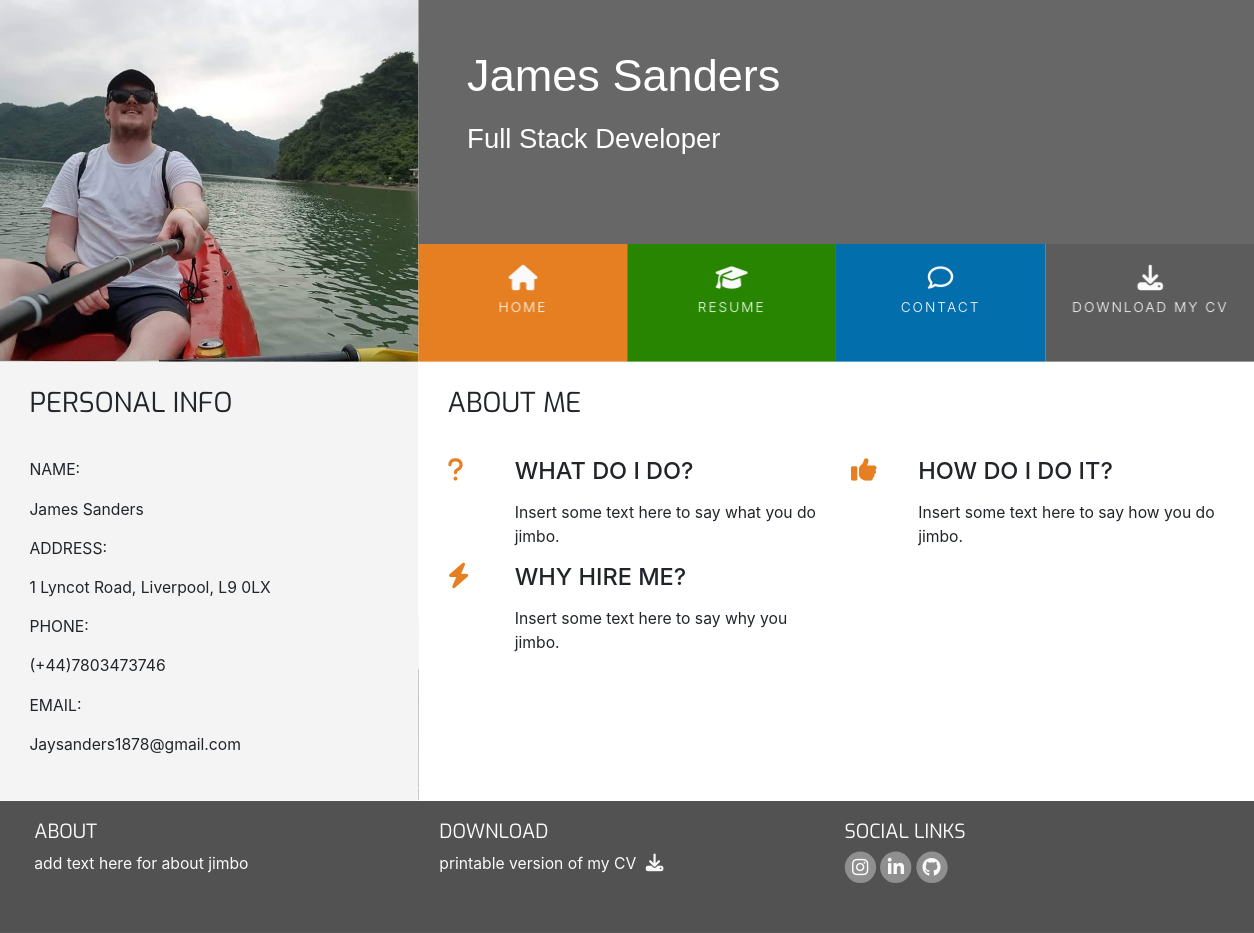
Repository: JaySanders95/my-online-resume
Page: index.html
The author's editor kept a copy of each file at every save. The page is drawn from the files as they stood at one save, then again after the next save.
The browser window is 1280 px wide. The pictures show the whole page, at 98% of full size.
Some web fonts or font styles are not loaded; a fallback is used. Some web libraries are served in a nearby version.

Above is the page before, as saved 2023-04-19 21:18:14.

After the next save:
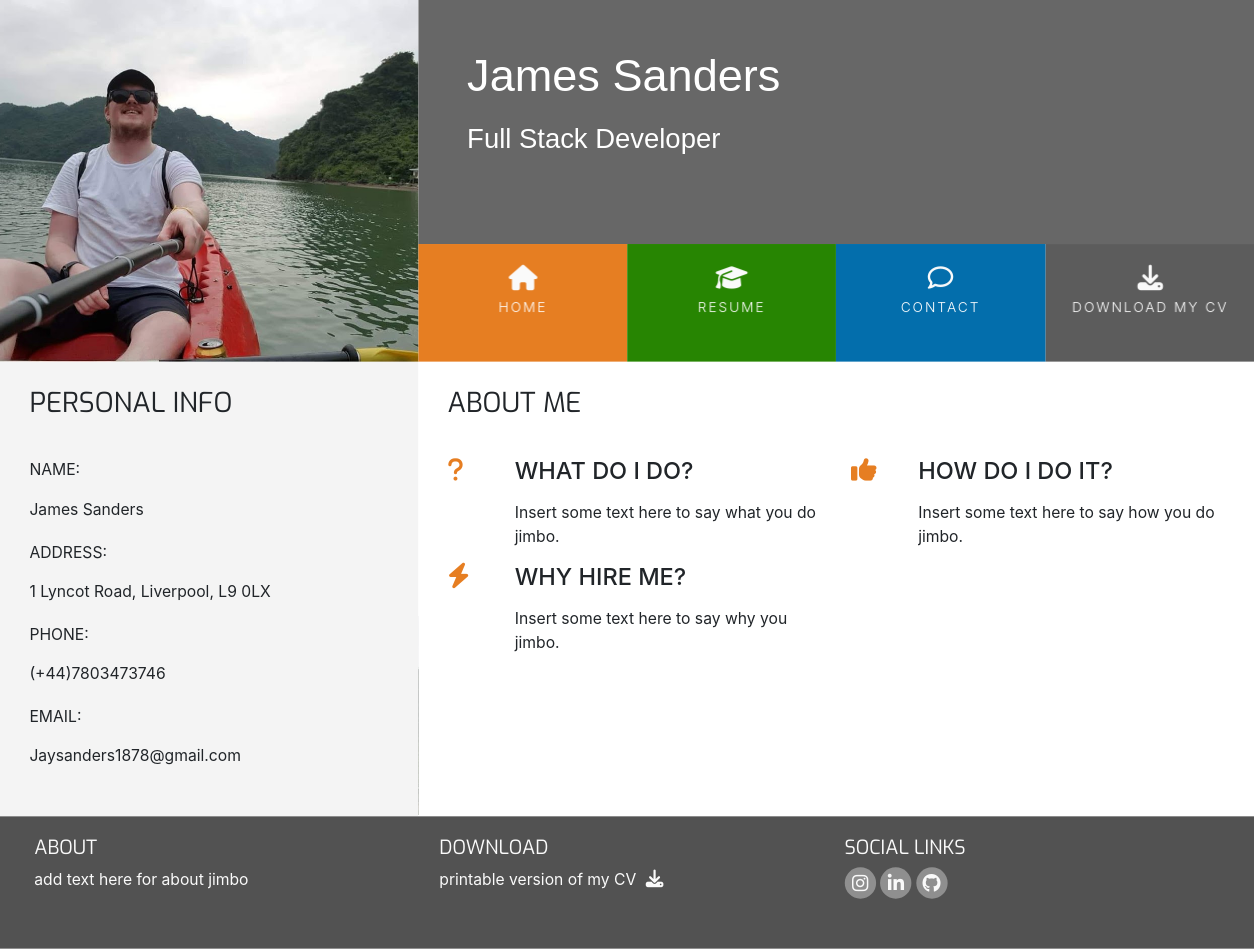
Saved 109 s later.
--- a/assets/css/style.css
+++ b/assets/css/style.css
@@ -222,3 +222,9 @@ footer {
 .three-reasons-heading {
     margin-bottom: 15px;
 }
+
+/* ------- Personal Info ---------*/
+
+.personal-info-item {
+    margin-bottom: 20px;
+}
